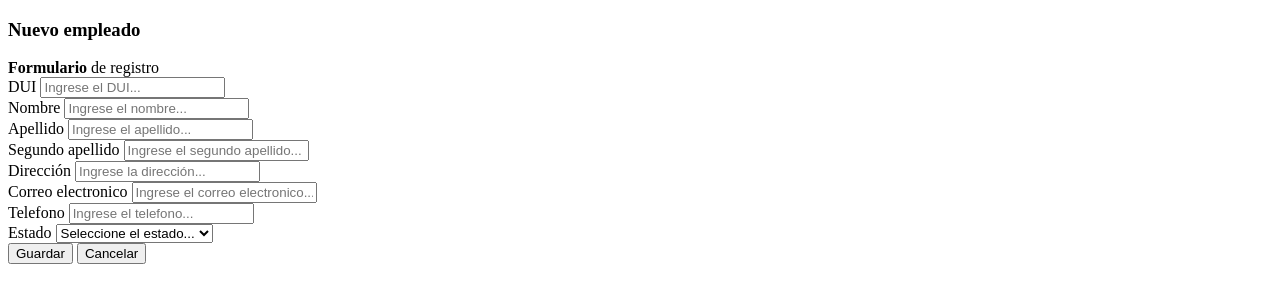
Repository: Julio-Sama/jacquis_system
Page: src/main/resources/templates/nuevo_empleado.html
These files come from the project's save history. The page is drawn as it stood at one moment and after the next save; the edit follows.
The browser window is 1280 px wide. The pictures show the whole page.

Above is the page before, as saved 2023-10-02 08:21:45.

### src/main/resources/templates/nuevo_empleado.html
<!DOCTYPE html>
<html lang="es" xmlns:th="https://www.thymeleaf.org">
<head>
    <meta charset="UTF-8">
</head>
<body>
    <div th:fragment="contenido" class="container-fluid">
        <!-- AQUI VA LA TABLA -->
        <div class="row">
            <div class="col-md-12">
                <!-- DATA TABLE -->
                <!-- Pongo el breadcrumbs? -->
                <h3 class="title-5 m-b-25">Nuevo empleado</h3>

                <!-- Formulario de registro de nuevo empleado -->
                <div class="card">
                    <div class="card-header">
                        <strong>Formulario</strong> de registro
                    </div>
                    <div class="card-body card-block">
                        <form th:action="@{/empleados}" th:object="${empleado}" method="POST" class="">
                            <div class="form-group">
                                <label for="dui" class="form-control-label"> DUI </label>
                                <!-- Documento Unico de Identidad-->
                                <input type="text" th:field="*{duiEmpleado}" name="dui" id="dui"
                                    placeholder="Ingrese el DUI..." class="form-control">
                            </div>
                            <div class="form-group">
                                <label for="nombre" class=" form-control-label">Nombre</label>
                                <input type="text" th:field="*{nombre}" name="nombre" id="nombre"
                                    placeholder="Ingrese el nombre..." class="form-control">
                                <!-- <input type="email" id="nf-email" name="nf-email" placeholder="Enter Email.." class="form-control"> -->
                                <!-- <span class="help-block">Please enter your email</span> -->
                            </div>
                            <div class="form-group">
                                <label for="apellido" class=" form-control-label">Apellido</label>
                                <input type="text" th:field="*{apellido}" name="apellido" id="apellido"
                                    placeholder="Ingrese el apellido..." class="form-control">
                            </div>
                            <div class="form-group">
                                <label for="apellido2" class="form-control-label">Segundo apellido</label>
                                <input type="text" th:field="*{apellido_dos}" name="apellido2" id="apellido2"
                                    placeholder="Ingrese el segundo apellido..." class="form-control">
                            </div>
                            <div class="form-group">
                                <label for="direccion" class=" form-control-label">Dirección</label>
                                <input type="text" th:field="*{direccion}" name="direccion" id="direccion"
                                    placeholder="Ingrese la dirección..." class="form-control">
                            </div>
                            <div class="form-group">
                                <label for="correo" class="form-control-label"> Correo electronico</label>
                                <input type="email" th:field="*{correo_empleado}" name="correo" id="correo"
                                    placeholder="Ingrese el correo electronico..." class="form-control">
                            </div>
                            <div class="form-group">
                                <label for="telefono" class="form-control-label"> Telefono</label>
                                <input type="text" name="telefono" id="telefono" placeholder="Ingrese el telefono..."
                                    class="form-control">
                            </div>
                            <div class="form-group">
                                <label for="estado" class="form-control-label">Estado</label>
                                <select name="estado" id="estado" class="form-control" th:field="*{estado_empleado}">
                                    <option value="0">Seleccione el estado...</option>
                                    <option value="ACTIVO">Activo</option>
                                    <option value="INACTIVO">Inactivo</option>
                                </select>
                            </div>
                        </form>
                    </div>
                    <div class="card-footer">
                        <button type="submit" class="btn btn-primary btn-sm">
                            <i class="fa fa-dot-circle-o"></i> Guardar
                        </button>
                        <button type="reset" class="btn btn-danger btn-sm">
                            <i class="fa fa-ban"></i> Cancelar
                        </button>
                    </div>
                </div>
            </div>
        </div>
    </div>

</body>

</html>

After the next save:
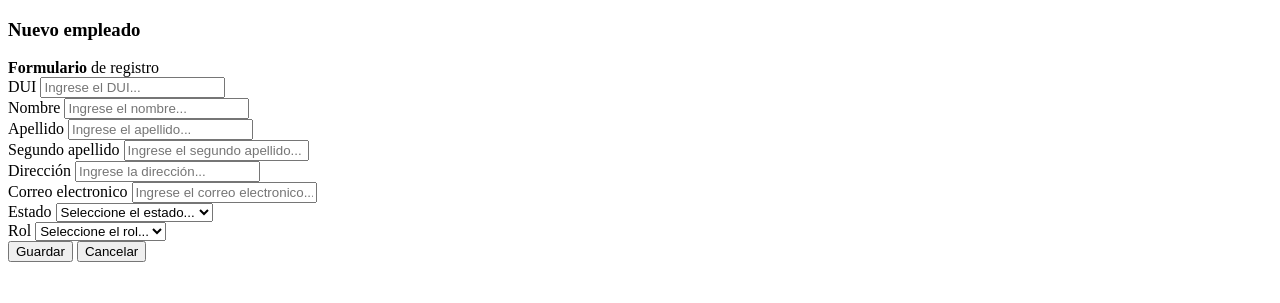
Saved 7 min 48 s later.
--- a/src/main/resources/templates/nuevo_empleado.html
+++ b/src/main/resources/templates/nuevo_empleado.html
@@ -18,12 +18,12 @@
                         <strong>Formulario</strong> de registro
                     </div>
                     <div class="card-body card-block">
-                        <form th:action="@{/empleados}" th:object="${empleado}" method="POST" class="">
+                        <form th:action="@{/empleados}" th:object="${empleado}" method="POST">
                             <div class="form-group">
                                 <label for="dui" class="form-control-label"> DUI </label>
                                 <!-- Documento Unico de Identidad-->
                                 <input type="text" th:field="*{duiEmpleado}" name="dui" id="dui"
-                                    placeholder="Ingrese el DUI..." class="form-control">
+                                    placeholder="Ingrese el DUI..." class="form-control" >
                             </div>
                             <div class="form-group">
                                 <label for="nombre" class=" form-control-label">Nombre</label>
@@ -52,17 +52,25 @@
                                 <input type="email" th:field="*{correo_empleado}" name="correo" id="correo"
                                     placeholder="Ingrese el correo electronico..." class="form-control">
                             </div>
-                            <div class="form-group">
+                            <!-- <div class="form-group">
                                 <label for="telefono" class="form-control-label"> Telefono</label>
                                 <input type="text" name="telefono" id="telefono" placeholder="Ingrese el telefono..."
                                     class="form-control">
-                            </div>
+                            </div> -->
                             <div class="form-group">
                                 <label for="estado" class="form-control-label">Estado</label>
                                 <select name="estado" id="estado" class="form-control" th:field="*{estado_empleado}">
                                     <option value="0">Seleccione el estado...</option>
                                     <option value="ACTIVO">Activo</option>
                                     <option value="INACTIVO">Inactivo</option>
+                                </select>
+                            </div>
+                            <div class="form-group">
+                                <label for="rol" class="form-control-label">Rol</label>
+                                <select name="rol" id="rol" class="form-control" th:field="*{empleado_fk}">
+                                    <option value="0">Seleccione el rol...</option>
+                                    <option value="1">Administrador</option>
+                                    <option value="2">Empleado</option>
                                 </select>
                             </div>
                         </form>
